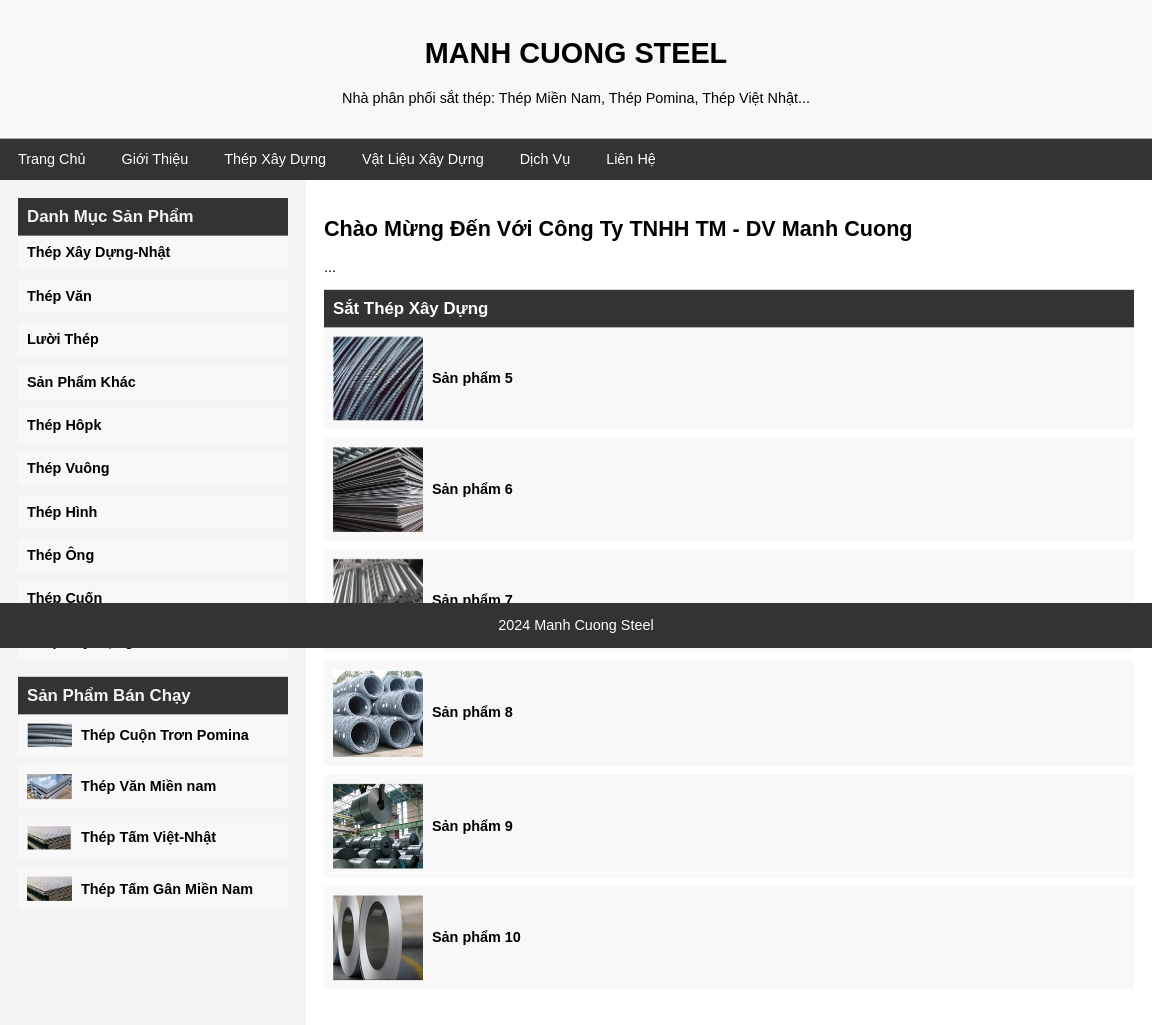
Repository: voduyquang123/quang2k4
Page: quang/FE/index.html
An editor plug-in stored every save of this project. The page is shown before and after the next save, followed by the edit.
The browser window is 1280 px wide. The pictures show the whole page, at 90% of full size.

Above is the page before, as saved 2024-06-22 10:57:15.

After the next save:
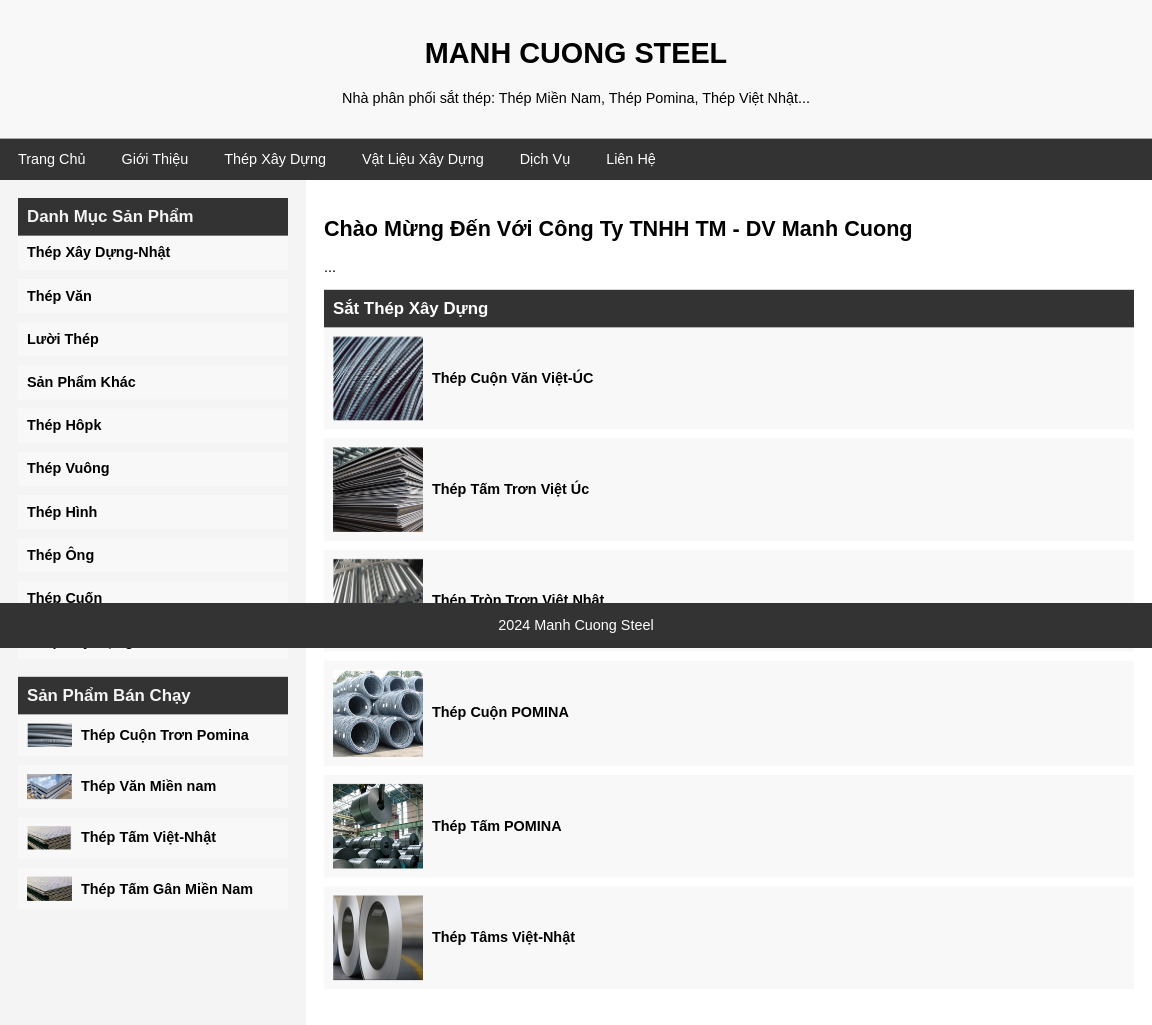
Saved 2 min 25 s later.
--- a/quang/FE/index.html
+++ b/quang/FE/index.html
@@ -188,12 +188,12 @@
             <h3 class="highlighted-title">Sắt Thép Xây Dựng</h3>
             <div class="product-list">
                 <ul>
-                    <li><img src="img/5.png" alt="Sản phẩm 5" width="100"> Sản phẩm 5</li>
-                    <li><img src="img/6.png" alt="Sản phẩm 6" width="100"> Sản phẩm 6</li>
-                    <li><img src="img/7.png" alt="Sản phẩm 7" width="100"> Sản phẩm 7</li>
-                    <li><img src="img/8.png" alt="Sản phẩm 8" width="100"> Sản phẩm 8</li>
-                    <li><img src="img/9.png" alt="Sản phẩm 9" width="100"> Sản phẩm 9</li>
-                    <li><img src="img/10.png" alt="Sản phẩm 10" width="100"> Sản phẩm 10</li>
+                    <li><img src="img/5.png" alt="Sản phẩm 5" width="100"> Thép Cuộn Văn Việt-ÚC</li>
+                    <li><img src="img/6.png" alt="Sản phẩm 6" width="100"> Thép Tấm Trơn Việt Úc</li>
+                    <li><img src="img/7.png" alt="Sản phẩm 7" width="100"> Thép Tròn Trơn Việt Nhật</li>
+                    <li><img src="img/8.png" alt="Sản phẩm 8" width="100"> Thép Cuộn POMINA</li>
+                    <li><img src="img/9.png" alt="Sản phẩm 9" width="100"> Thép Tấm POMINA</li>
+                    <li><img src="img/10.png" alt="Sản phẩm 10" width="100"> Thép Tâms Việt-Nhật</li>
                 </ul>
             </div>
         </div>
